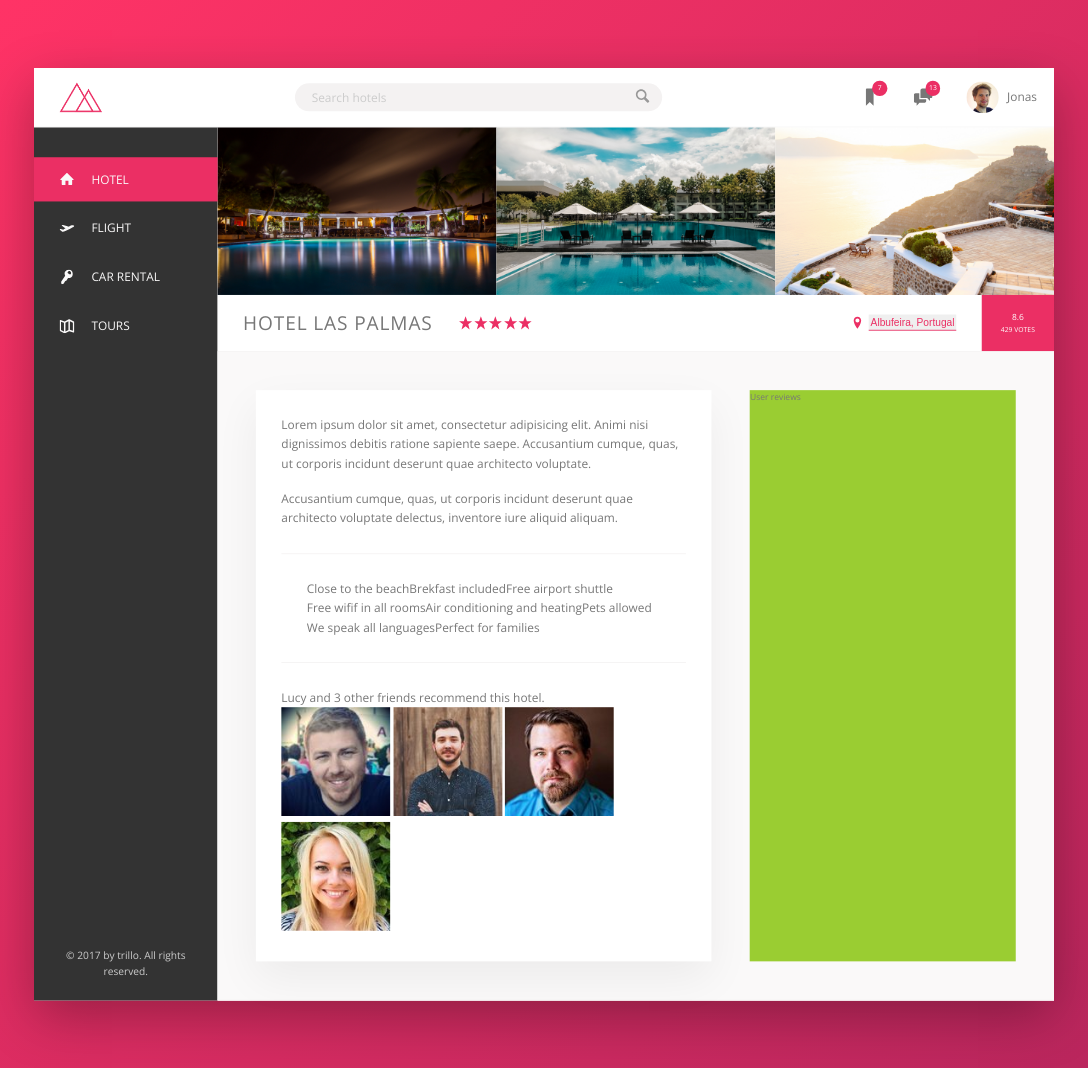
Repository: MalgorzataMazur/Trillo
Page: index.html
An editor plug-in stored every save of this project. The page is shown before and after the next save, followed by the edit.
The browser window is 1280 px wide. The pictures show the whole page, at 85% of full size.
The style sheet was rebuilt from its Sass, Less or Tailwind sources for each picture, by a compiler version that may differ from the author's.

Above is the page before, as saved 2020-03-27 19:20:59.

### index.html
<!DOCTYPE html>
<html lang="en">
    <head>
        <meta charset="UTF-8">
        <meta name="viewport" content="width=device-width, initial-scale=1.0">

        <link href="https://fonts.googleapis.com/css?family=Open+Sans:300,400,600" rel="stylesheet">
        <link rel="stylesheet" href="css/style.css">
        <link rel="shortcut icon" type="image/png" href="img/favicon.png">

        <title>trillo &mdash; Your all-in-one booking app</title>
    </head>
    <body>
        <div class="container">
            <header class="header">
                <img src="img/logo.png" alt="trillo logo" class="logo">

                <form action="#" class="search">
                    <input type="text" class="search__input" placeholder="Search hotels">
                    <button class="search__button">
                        <svg class="search__icon">
                            <use xlink:href="img/sprite.svg#icon-magnifying-glass"></use> <!--include svg -->
                        </svg>
                    </button>
                </form>

                <nav class="user-nav">
                    <div class="user-nav__icon-box">
                        <svg class="user-nav__icon">
                            <use xlink:href="img/sprite.svg#icon-bookmark"></use>
                        </svg>
                        <span class="user-nav__notification">7</span>
                    </div>
                    <div class="user-nav__icon-box">
                        <svg class="user-nav__icon">
                            <use xlink:href="img/sprite.svg#icon-chat"></use>
                        </svg>
                        <span class="user-nav__notification">13</span>
                    </div>
                    <div class="user-nav__user">
                        <img src="img/user.jpg" alt="User photo" class="user-nav__user-photo">
                        <span class="user-nav__user-name">Jonas</span>
                    </div>
                </nav>
            </header>
            <div class="content">
                <nav class="sidebar">
                    <ul class="side-nav">
                        <li class="side-nav__item side-nav__item--active">
                            <a href="#" class="side-nav__link">
                                <svg class="side-nav__icon">
                                    <use xlink:href="img/sprite.svg#icon-home"></use>
                                </svg>
                                <span>Hotel</span>
                            </a>
                        </li>
                        <li class="side-nav__item">
                            <a href="#" class="side-nav__link">
                                <svg class="side-nav__icon">
                                    <use xlink:href="img/sprite.svg#icon-aircraft-take-off"></use>
                                </svg>
                                <span>Flight</span>
                            </a>
                        </li>
                        <li class="side-nav__item">
                            <a href="#" class="side-nav__link">
                                <svg class="side-nav__icon">
                                    <use xlink:href="img/sprite.svg#icon-key"></use>
                                </svg>
                                <span>Car rental</span>
                            </a>
                        </li>
                        <li class="side-nav__item">
                            <a href="#" class="side-nav__link">
                                <svg class="side-nav__icon">
                                    <use xlink:href="img/sprite.svg#icon-map"></use>
                                </svg>
                                <span>Tours</span>
                            </a>
                        </li>
                    </ul>

                    <div class="legal">
                        &copy; 2017 by trillo. All rights reserved. <!-- html entity -->
                    </div>
                </nav>


                <main class="hotel-view">
                    <div class="gallery">
                        <figure class="gallery__item">
                            <img src="img/hotel-1.jpg" alt="Photo of hotel 1" class="gallery__photo">
                        </figure>
                        <figure class="gallery__item">
                            <img src="img/hotel-2.jpg" alt="Photo of hotel 2" class="gallery__photo">
                        </figure>
                        <figure class="gallery__item">
                            <img src="img/hotel-3.jpg" alt="Photo of hotel 3" class="gallery__photo">
                        </figure>
                    </div>

                    <div class="overview">
                        <h1 class="overview__heading">
                            Hotel Las Palmas
                        </h1>

                        <div class="overview__stars">
                            <svg class="overview__icon-star">
                                <use xlink:href="img/sprite.svg#icon-star"></use>
                            </svg>
                            <svg class="overview__icon-star">
                                <use xlink:href="img/sprite.svg#icon-star"></use>
                            </svg>
                            <svg class="overview__icon-star">
                                <use xlink:href="img/sprite.svg#icon-star"></use>
                            </svg>
                            <svg class="overview__icon-star">
                                <use xlink:href="img/sprite.svg#icon-star"></use>
                            </svg>
                            <svg class="overview__icon-star">
                                <use xlink:href="img/sprite.svg#icon-star"></use>
                            </svg>
                        </div>

                        <div class="overview__location">
                            <svg class="overview__icon-location">
                                <use xlink:href="img/sprite.svg#icon-location-pin"></use>
                            </svg>
                            <button class="btn-inline">Albufeira, Portugal</button>
                        </div>

                        <div class="overview__rating">
                            <div class="overiew__rating-average">8.6</div>
                            <div class="overview__rating-count">429 votes</div>
                        </div>
                    </div>

                    <div class="detail">
                        <div class="description">
                             <p class="paragraph">
                                Lorem ipsum dolor sit amet, consectetur adipisicing elit. Animi nisi dignissimos debitis ratione sapiente saepe. Accusantium cumque, quas, ut corporis incidunt deserunt quae architecto voluptate.
                             </p>
                             <p class="paragraph">
                                Accusantium cumque, quas, ut corporis incidunt deserunt quae architecto voluptate delectus, inventore iure aliquid aliquam.
                             </p>
                             <ul class="list">
                                 <li class="list__item">Close to the beach</li>
                                 <li class="list__item">Brekfast included</li>
                                 <li class="list__item">Free airport shuttle</li>
                                 <li class="list__item">Free wifif in all rooms</li>
                                 <li class="list__item">Air conditioning and heating</li>
                                 <li class="list__item">Pets allowed</li>
                                 <li class="list__item">We speak all languages</li>
                                 <li class="list__item">Perfect for families</li>
                             </ul>
                             <div class="recommend">
                                 <p class="recommend__count">
                                     Lucy and 3 other friends recommend this hotel.
                                 </p>
                                 <div class="recommend__friends">
                                     <img src="img/user-3.jpg" alt="Friend 1" class="recommend__photo">
                                     <img src="img/user-4.jpg" alt="Friend 2" class="recommend__photo">
                                     <img src="img/user-5.jpg" alt="Friend 3" class="recommend__photo">
                                     <img src="img/user-6.jpg" alt="Friend 4" class="recommend__photo">
                                 </div>
                             </div>
                        </div>

                        <div class="user-reviews">
                            User reviews
                        </div>
                    </div>

                </main>
            </div>

        </div>
    </body>
</html>

### sass/_base.scss
//variable will be avuialable for entire documents here, global parent of elelemnt
:root { //root pseudoclass the same like ktml but higher specifity //css custom proiperties variables I use here define in declaration bloxk remember
    --color-primary: #eb2f64;
    --color-primary-light: #FF3366;
    --color-primary-dark: #BA265D;

    --color-grey-light-1: #faf9f9;
    --color-grey-light-2: #f4f2f2;
    --color-grey-light-3: #f0eeee;
    --color-grey-light-4: #ccc;

    --color-grey-dark-1: #333;
    --color-grey-dark-2: #777;
    --color-grey-dark-3: #999;

    --shadow-dark: 0 2rem 6rem rgba(0,0,0,.3);
    --shadow-light: 0 2rem 5rem rgba(0,0,0,.06);

    --line: 1px solid var(--color-grey-light-2);

}

* { //first global settings *,htm, body
    margin: 0;
    padding: 0;
}

*,
*::before,
*::after {
    box-sizing: inherit;
}

html {
    box-sizing: border-box;
    font-size: 62.5%; //1rem = 10px, 10px/16px = 62.5%
}

body {
    font-family: 'Open Sans', sans-serif;
    font-weight: 400;
    line-height: 1.6;
    color: var(--color-grey-dark-2);
    background-image: linear-gradient(to right bottom, var(--color-primary-light), var(--color-primary-dark)); //gradient from the left top cornet to right bottom corner
    background-size: cover;
    background-repeat: no-repeat; //default is repeat in css

    min-height: 100vh; //min height but if height can be bigger than that will be simply bigger
}

### sass/_layout.scss
.container {
    max-width: 120rem; //container can decrease if hasn't got enough enough space to display our 120rem,;inaczej 1200px i jesli mniej to zajmie 100% szerokosci portu
    margin: 8rem auto;
    background-color: var(--color-grey-light-1);
    box-shadow: var(--shadow-dark);

    min-height: 50rem;
}

.header {
    font-size: 1.4rem;
    height: 7rem;
    background-color: #fff;
    border-bottom: var(--line);

    display: flex; //cause it is parent element
    justify-content: space-between; // divide empty space between 3 elements
    align-items: center; //wzdłuż osi poprzecznej center
}

.content {
    display: flex;
}

.sidebar {
    background-color: var(--color-grey-dark-1);

    flex: 0 0 18%; //don't want to grow & shrink & we want 18% of width; automatic wil be

    display: flex;
    flex-direction: column; //change the direction of the main axis from left to right to top to bottom
    justify-content: space-between;
}

.hotel-view {
    background-color: #fff;

    flex: 1; //by using flex 1 element should grow as much as that can; na tyle ile ma przestrzeni
}

.detail {
    display: flex;
    padding: 4.5rem;
    background-color: var(--color-grey-light-1);
    border-bottom: var(--line);
}

.description {
    font-size: 1.4rem;
    background-color: #fff;
    box-shadow: var(--shadow-light); //almost invisible shadow
    padding: 3rem;
    flex: 0 0 60%;
    margin-right: 4.5rem;

}

.user-reviews {
    background-color: yellowgreen;
    flex: 1;
}

### sass/_components.scss
/////////////////////////////////
////LOGO
.logo {
    height: 3.5rem;
    margin-left: 3rem;
}



/////////////////////////////////
////SEARCH
.search {
    flex: 0 0 40%; //grow shrink occupy

    display: flex;//flex item is becoming flex container,; we center loop icon btn
    align-items: center; //center elem along the cross axis
    justify-content: center; //center elem along the main axis

    &__input {
        font-family: inherit;
        font-size: inherit;
        color: inherit;
        background-color: var(--color-grey-light-2);
        border: none;
        border-radius: 100px;
        padding: .7rem 2rem;
        width: 90%;
        transition: all .2s;
        margin-right: -3.25rem; //this way the btn move on top of input

        &:focus {
            outline: none;
            width: 100%;
            background-color: var(--color-grey-light-3);
        }

        &::-webkit-input-placeholder {
            font-weight: 100;
            color: var(--color-grey-light-4);
        }
    }

    &__input:focus + &__button { //sibling, adjust element; the same backgr color
        background-color: var(--color-grey-light-3);
    }

    &__button {
        border: none;
        background-color: var(--color-grey-light-2);

        &:focus {
            outline: none;
        }

        &:active {
            transform: translate(2px);
        }
    }

    &__icon {
        height: 2rem;
        width: 2rem;
        fill: var(--color-grey-dark-3);
}
}



/////////////////////////////////
////USER NAVIGATION
.user-nav {
    align-self: stretch; //żeby one sie rozciagaly, is like align items but for one individual item; ovverite in header align item center

    display: flex; //flex item on the sam etime is flex container
    align-items: center;

    & > * {
        padding: 0 2rem;
        cursor: pointer;
        display: flex;
        height: 100%;
        align-items: center; //when we hoover thy arent on the top; vertical align
   }

    & > *:hover {
        background-color: var(--color-grey-light-2);
    }

    &__icon-box {
        position: relative;
    }

    &__icon {
        height: 2.25rem;
        width: 2.25rem;
        fill: var(--color-grey-dark-2);
    }

    &__notification {
        font-size: .8rem;
        height: 1.75rem;
        width: 1.75rem;
        border-radius: 50%;
        background-color: var(--color-primary);
        color: #fff;
        position: absolute; //parent elememnt is iconbox relative
        top: 1.5rem;
        right: 1.1rem;

        display: flex;
        justify-content: center;
        align-items: center;
    }

    &__user-photo {
        height: 3.75rem;
        border-radius: 50%;
        margin-right: 1rem;
    }
}



/////////////////////////////////
////SIDE NAVIGATION
.side-nav {
    font-size: 1.4rem;
    list-style: none;
    margin-top: 3.5rem;

    &__item {
        position: relative;

        &:not(:last-child) { //all the items except the last one
            margin-bottom: .5rem;
        }
    }

    &__item::before { //line becpmes invisible which then expands to the right side
        content: "";
        position: absolute;
        top: 0;
        left: 0;
        height: 100%;
        width: 3px;
        background-color: var(--color-primary);
        transform: scaleY(0); //normal state without any hover
        transition: transform .2s, //first transform ghappens during .2s & we wait this time .2s until we start transitioning the width .4s
                    width .4s cubic-bezier(1,0,0,1) .2s,
                    background-color .1s; //we can set diffrent settings for diffrent properties. we can have the staged animations where first the transform happens then the width
    }

    &__item:hover::before,
    &__item--active::before {
        transform: scaleY(1); //only occurs Y direction from top to bottom
        width: 100%;
    }

    &__item:active::before {
        background-color: var(--color-primary-light);
    }

    &__link:link,
    &__link:visited {
        color: var(--color-grey-light-1);
        text-decoration: none;
        text-transform: uppercase;
        display: block;
        padding: 1.5rem 3rem;
        position: relative; //on top of the before elem after hover

        display: flex;
        align-items: center; //ikony równo z napisem z listy
    }

    &__icon {
        width: 1.75rem;
        height: 1.75rem;
        margin-right: 2rem;
        fill: currentColor; //means color ofthe current elelemnt or the parent element
    }
}



/////////////////////////////////
////LEGAL TEXT
.legal {
    font-size: 1.2rem;
    color: var(--color-grey-light-4);
    text-align: center;
    padding: 2.5rem;
}



/////////////////////////////////
////SIDE NAVIGATION
.gallery {
    display: flex;

    &__photo {
        width: 100%;
        display: block;
    }
}



/////////////////////////////////
////SIDE NAVIGATION
.overview {
    display: flex; // justify-content: space-between; //evenly distribute all the elements along the main axis
    align-items: center;
    border-bottom: var(--line);

    &__heading {
        font-size: 2.25rem;
        font-weight: 300;
        text-transform: uppercase;
        letter-spacing: 1px;
        padding: 1.5rem 3rem;
    }

    &__stars {
        // flex: 1;
        margin-right: auto; //we created the space without actually stretching out this entire element; element only occypying the space that it needs here
        display: flex;    }

    &__icon-star,
    &__icon-location {
        width: 1.75rem;
        height: 1.75rem;
        fill: var(--color-primary);
    }

    &__location {
        font-size: 1.2rem;
        display: flex;
        align-items: center;
    }

    &__icon-location {
        margin-right: .5rem;
    }

    &__rating {
        background-color: var(--color-primary);
        color: #fff;
        margin-left: 3rem;
        padding: 0 2.25rem;
        align-self: stretch; //occupy all the space that it has available

        display: flex;
        flex-direction: column;
        align-items: center;
        justify-content: center;
    }

    &__rating-average {
        font-size: 2.25rem;
        font-weight: 300;
        margin-bottom: -3px;
    }

    &__rating-count {
        font-size: .8rem;
        text-transform: uppercase;
    }
}



/////////////////////////////////
////BUTTON-LINE
.btn-inline {
    border: none;
    color: var(--color-primary);
    font-size: inherit;
    border-bottom: 1px solid currentColor;
    padding: 2px;
    display: inline-block;
    background-clip: transparent;
    cursor: pointer;
    transition: all .2s;

    &:hover {
        color: var(--color-grey-dark-1); //when hover the border becomes the exact same color as the tex
    }

    &:focus {
        outline: none;
        animation: pulsate 1s infinite;
    }
}

@keyframes pulsate {
    0% { //normal state
        transform: scale(1);
        box-shadow: none;
    }

    50% { //scale a little bit
        transform: scale(1.05);
        box-shadow: 0 1rem 4rem rgba(0,0,0,.25);
    }

    100% { //back to the normal
        transform: scale(1);
        box-shadow: none;
    }
}



/////////////////////////////////
////PARAGRAPH
.paragraph:not(:last-of-type) {
    margin-bottom: 2rem;
}



/////////////////////////////////
////LIST
.list {
    list-style: none;
    margin: 3rem 0;
    padding: 3rem;
    border-top: var(--line);
    border-bottom: var(--line);

    display: flex;
    flex-wrap: wrap;
}



/////////////////////////////////
////RECOMMEND

Loaded but not shown: sass/main.scss (common file)

After the next save:
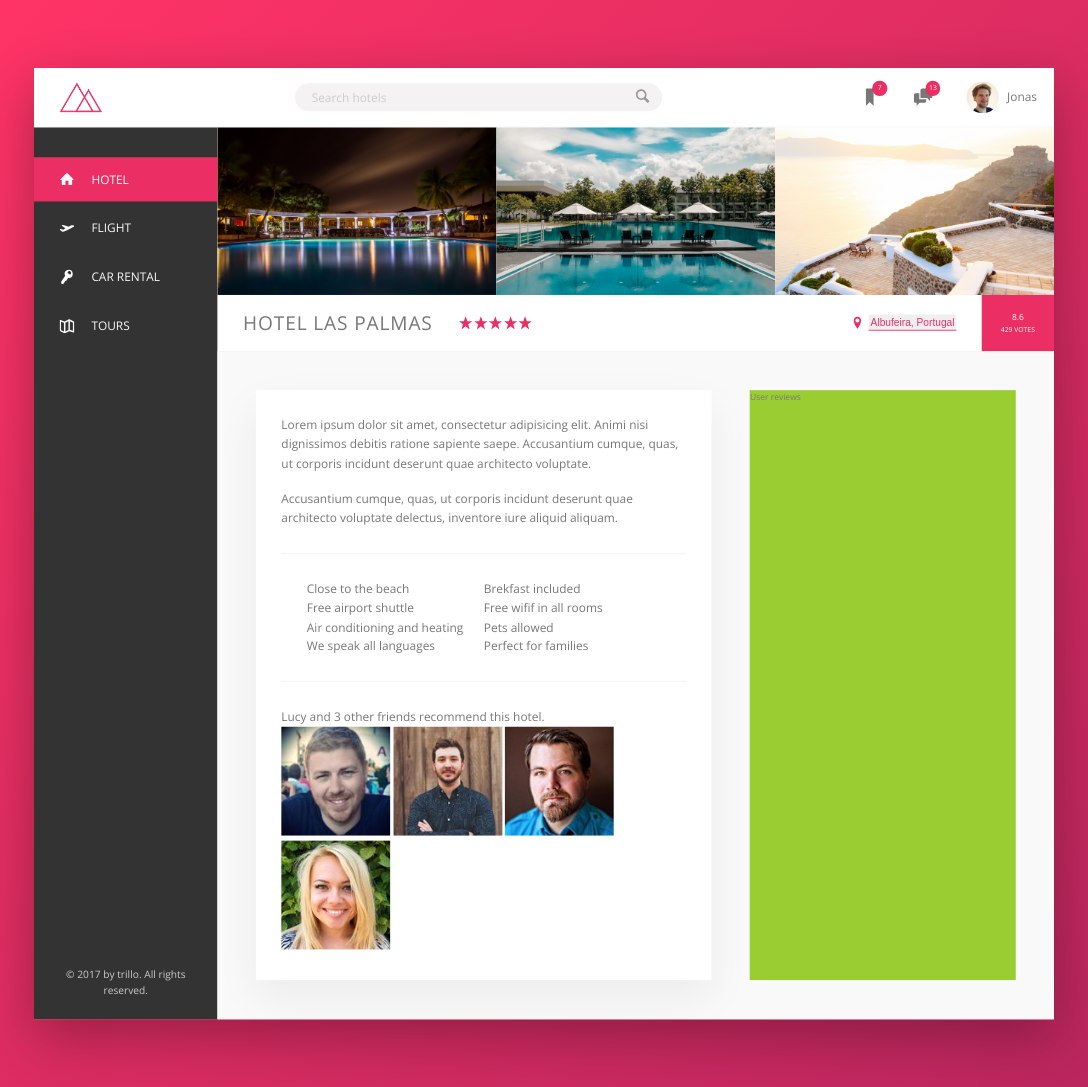
Saved 70 s later.
--- a/sass/_components.scss
+++ b/sass/_components.scss
@@ -332,6 +332,10 @@
 
     display: flex;
     flex-wrap: wrap;
+
+    &__item {
+        flex: 0 0 50%;
+    }
 }
 
 
